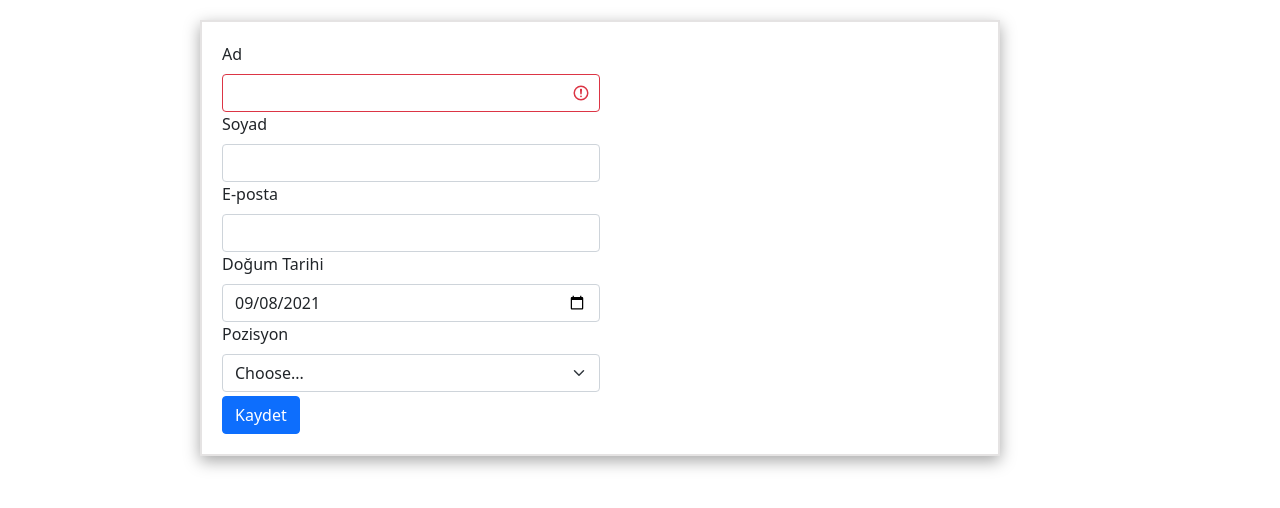
Repository: okankrdg/ReactCoreCRUD
Page: /employee/create (app in ReactCoreCRUD.Web/client/)
The author's editor kept a copy of each file at every save. The page is drawn from the files as they stood at one save, then again after the next save.
The browser window is 1280 px wide. The pictures show the whole page.
The page's requests for data from a server got no answer. The project was rebuilt for these pictures with package versions that can differ from the ones it lists, and the page was loaded fresh each time. No one was signed in, and anything a server would have sent is missing. Also part of the build but not shown: ReactCoreCRUD.Web/client/src/pages/Employee/index.tsx, ReactCoreCRUD.Web/client/src/pages/Exception/index.tsx.

Above is the page before, as saved 2021-10-10 20:56:04.

After the next save:
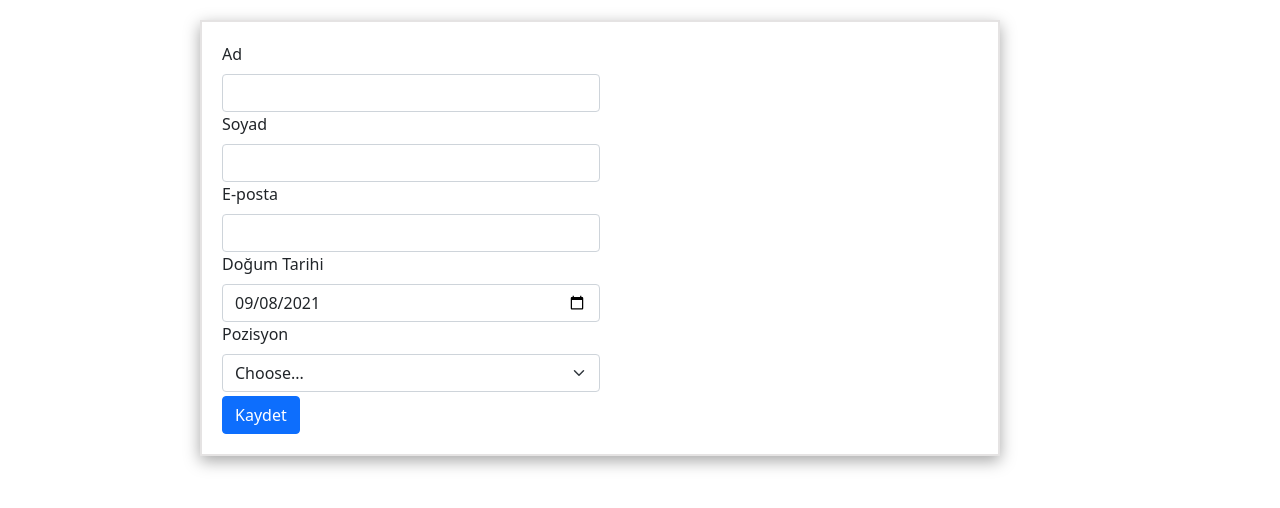
Saved 43 s later.
--- a/ReactCoreCRUD.Web/client/src/pages/Employee/createOrEdit.tsx
+++ b/ReactCoreCRUD.Web/client/src/pages/Employee/createOrEdit.tsx
@@ -119,7 +119,7 @@ const CreateOrEdit = () => {
         <label className="form-label">Ad</label>
         <input
           type="text"
-          className="form-control is-invalid"
+          className="form-control {}"
           id="name"
           required
           value={employee?.firstName}
